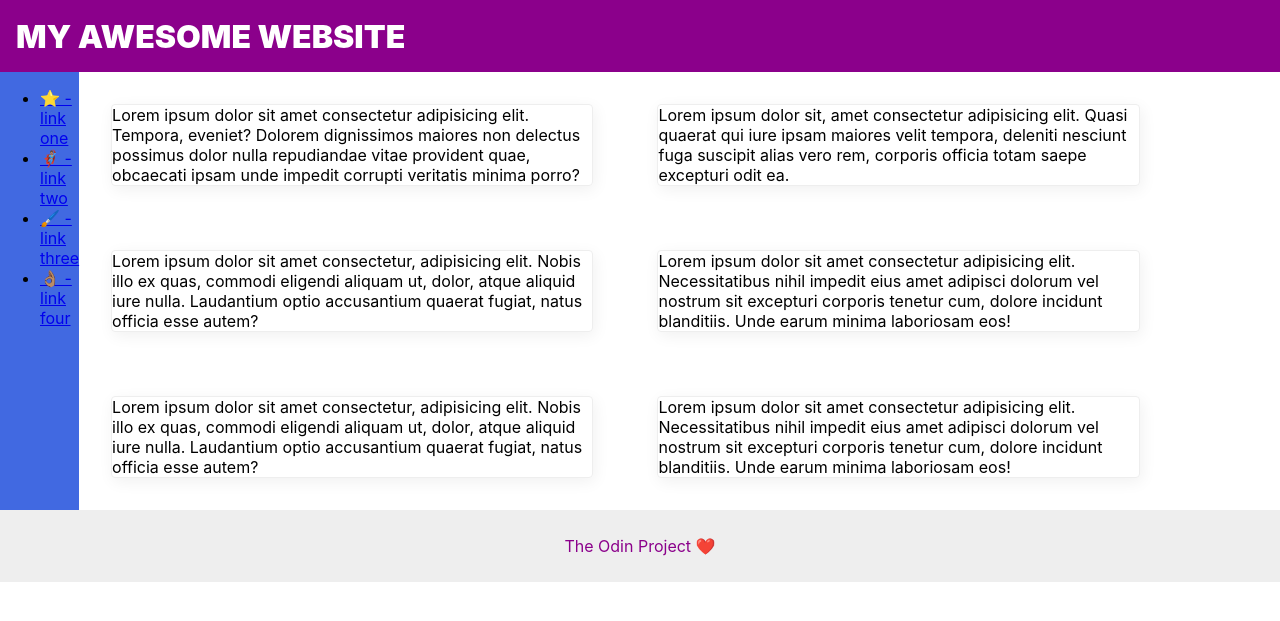
Repository: evemcd/odin_project
Page: 06-odin-css-flex/07-flex-layout-2/index.html
The author's editor kept a copy of each file at every save. The page is drawn from the files as they stood at one save, then again after the next save.
The browser window is 1280 px wide. The pictures show the whole page.

Above is the page before, as saved 2022-02-04 10:06:44.

### 06-odin-css-flex/07-flex-layout-2/index.html
<!DOCTYPE html>
<html lang="en">

<head>
    <meta charset="UTF-8">
    <meta http-equiv="X-UA-Compatible" content="IE=edge">
    <meta name="viewport" content="width=device-width, initial-scale=1.0">
    <title>The Holy Grail</title>
    <link rel="stylesheet" href="style.css">
</head>

<body>
    <div class="header">
        MY AWESOME WEBSITE
    </div>
    <div class="container">
        <div class="sidebar">
            <ul>
                <li><a href="google.com">⭐ - link one</a></li>
                <li><a href="google.com">🦸🏽‍♂️ - link two</a></li>
                <li><a href="google.com">🖌️ - link three</a></li>
                <li><a href="google.com">👌🏽 - link four</a></li>
            </ul>
        </div>
        <div class="container2">
            <div class="card">Lorem ipsum dolor sit amet consectetur adipisicing elit. Tempora, eveniet? Dolorem
                dignissimos
                maiores non delectus possimus dolor nulla repudiandae vitae provident quae, obcaecati ipsam unde impedit
                corrupti veritatis minima porro?</div>
            <div class="card">Lorem ipsum dolor sit, amet consectetur adipisicing elit. Quasi quaerat qui iure ipsam
                maiores
                velit tempora, deleniti nesciunt fuga suscipit alias vero rem, corporis officia totam saepe excepturi
                odit
                ea.
            </div>
            <div class="card">Lorem ipsum dolor sit amet consectetur, adipisicing elit. Nobis illo ex quas, commodi
                eligendi
                aliquam ut, dolor, atque aliquid iure nulla. Laudantium optio accusantium quaerat fugiat, natus officia
                esse
                autem?</div>
            <div class="card">Lorem ipsum dolor sit amet consectetur adipisicing elit. Necessitatibus nihil impedit eius
                amet adipisci dolorum vel nostrum sit excepturi corporis tenetur cum, dolore incidunt blanditiis. Unde
                earum
                minima laboriosam eos!</div>
            <div class="card">Lorem ipsum dolor sit amet consectetur, adipisicing elit. Nobis illo ex quas, commodi
                eligendi
                aliquam ut, dolor, atque aliquid iure nulla. Laudantium optio accusantium quaerat fugiat, natus officia
                esse
                autem?</div>
            <div class="card">Lorem ipsum dolor sit amet consectetur adipisicing elit. Necessitatibus nihil impedit eius
                amet adipisci dolorum vel nostrum sit excepturi corporis tenetur cum, dolore incidunt blanditiis. Unde
                earum
                minima laboriosam eos!</div>
        </div>
    </div>
    <div class="footer">
        The Odin Project ❤️
    </div>
</body>

</html>

### 06-odin-css-flex/07-flex-layout-2/style.css
body {
    font-family: -apple-system, BlinkMacSystemFont, 'Segoe UI', Roboto, Oxygen, Ubuntu, Cantarell, 'Open Sans', 'Helvetica Neue', sans-serif;
    margin: 0;
    min-height: 100vh;
    box-sizing: border-box;
}

.header {
    height: 72px;
    background: darkmagenta;
    color: white;
    font-size: 32px;
    font-weight: 900;
    display: flex;
    align-items: center;
    padding-left: 16px;
}

.footer {
    height: 72px;
    background: #eee;
    color: darkmagenta;
    display: flex;
    align-items: center;
    justify-content: center;
}

.sidebar {
    width: 300px;
    background: royalblue;
}

.card {
    border: 1px solid #eee;
    box-shadow: 2px 4px 16px rgba(0, 0, 0, .06);
    border-radius: 4px;
    width: 40%;
    margin: 32px;
}

.container {
    display: flex;
}

.container2 {
    display: flex;
    flex-wrap: wrap;
}

After the next save:
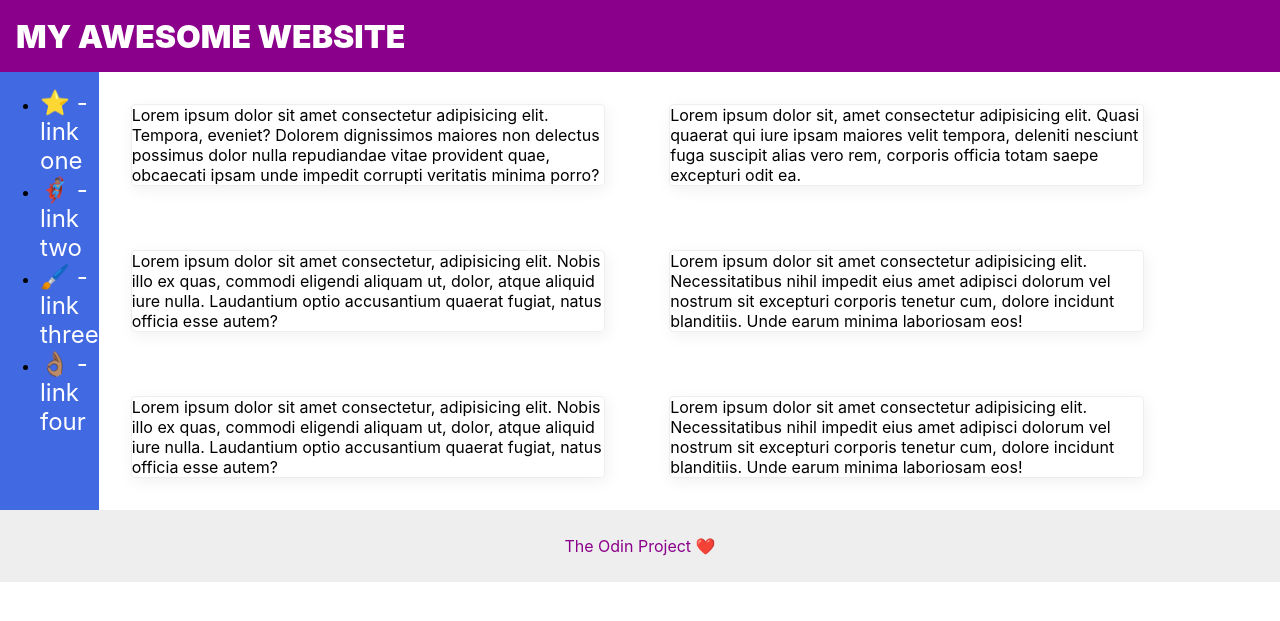
Saved 77 s later.
--- a/06-odin-css-flex/07-flex-layout-2/style.css
+++ b/06-odin-css-flex/07-flex-layout-2/style.css
@@ -46,3 +46,9 @@ body {
     display: flex;
     flex-wrap: wrap;
 }
+
+.sidebar a {
+    font-size: 24px;
+    color: white;
+    text-decoration: none;
+}
